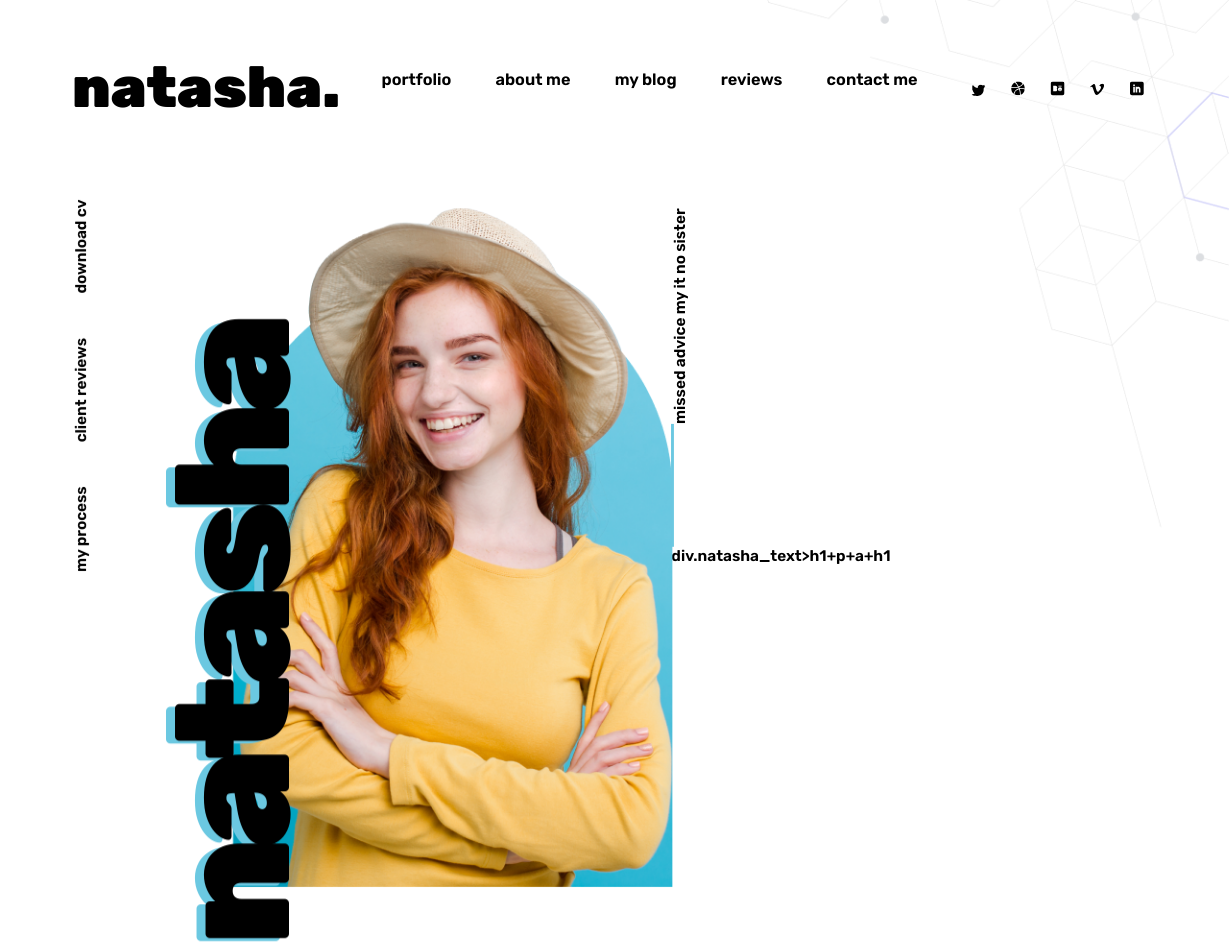
Repository: BuduCE/landing-page
Page: natasha-lp/index.html
These files come from the project's save history. The page is drawn as it stood at one moment and after a run of saves; the edit follows.
The browser window is 1280 px wide. The pictures show the whole page, at 96% of full size.

Above is the page before, as saved 2022-03-04 23:31:09.

### natasha-lp/index.html
<!DOCTYPE html>
<html lang="en">

<head>
    <meta charset="UTF-8">
    <meta http-equiv="X-UA-Compatible" content="IE=edge">
    <meta name="viewport" content="width=device-width, initial-scale=1.0">
    <title>Natasha</title>

    <!--CSS-->
    <link rel="stylesheet" href="./assets/css/style.css">

    <!--Google Font-->
    <link rel="preconnect" href="https://fonts.googleapis.com">
    <link rel="preconnect" href="https://fonts.gstatic.com" crossorigin>
    <link href="https://fonts.googleapis.com/css2?family=Rubik:ital,wght@0,600;0,900;1,400&display=swap" rel="stylesheet">
</head>

<body>
    <!--Navbar menu-->
    <header>
        <div class="logo">
            <h1>natasha.</h1>
        </div>

        <nav class='nav_text'>
            <li><a href="#">portfolio</a></li>
            <li><a href="#">about me</a></li>
            <li><a href="#">my blog</a></li>
            <li><a href="#">reviews</a></li>
            <li><a href="#">contact me</a></li>
        </nav>

        <nav class='nav_icon'>
            <li><a href="">
                <svg width="15" height="12" viewBox="0 0 15 12" fill="none"
                        xmlns="http://www.w3.org/2000/svg">
                        <path
                            d="M5.32379 11.9894C4.70669 11.9894 4.07153 11.9394 3.43255 11.8393C2.30713 11.6627 1.16788 11.074 0.845509 10.8977L0 10.4354L0.915405 10.1344C1.91606 9.80538 2.52477 9.60125 3.27828 9.28159C2.52379 8.91621 1.9423 8.25895 1.66238 7.4093L1.44943 6.76281L1.62406 6.78948C1.45846 6.62258 1.32771 6.45317 1.22635 6.29911C0.865868 5.75159 0.675013 5.08256 0.715623 4.50923L0.755688 3.94494L1.09352 4.07581C0.951007 3.80667 0.848013 3.51925 0.787479 3.21799C0.639956 2.48331 0.763418 1.7028 1.13522 1.02027L1.4295 0.480042L1.82308 0.952771C3.06783 2.44804 4.64442 3.33503 6.51562 3.5947C6.43919 3.06786 6.49646 2.55942 6.68601 2.10367C6.90669 1.57302 7.29929 1.12305 7.82101 0.802307C8.40043 0.446182 9.1031 0.273618 9.79956 0.316405C10.5385 0.361805 11.2094 0.638671 11.7422 1.11761C12.0024 1.04999 12.1941 0.977812 12.4532 0.880261C12.6091 0.821578 12.7859 0.754948 13.0072 0.678736L13.8224 0.397842L13.2908 1.91619C13.3259 1.91325 13.362 1.91075 13.3998 1.90912L14.2703 1.8697L13.7558 2.57292C13.7263 2.6132 13.7188 2.62463 13.7083 2.64042C13.6668 2.70291 13.6152 2.78065 12.909 3.72371C12.7322 3.95986 12.6439 4.26742 12.6603 4.58991C12.7229 5.81539 12.5726 6.92416 12.2132 7.88529C11.8733 8.7946 11.3465 9.57479 10.6478 10.2042C9.78312 10.9829 8.68056 11.516 7.3706 11.7886C6.72803 11.9223 6.03799 11.9894 5.32379 11.9894Z"
                            fill="black" />
                    </svg>
                </a></li>
            <li><a href="">
                <svg width="15" height="15" viewBox="0 0 15 15" fill="none" xmlns="http://www.w3.org/2000/svg">
                <g clip-path="url(#clip0_1_411)">
                <path d="M11.2078 3.20502C11.6444 2.71846 11.8989 2.20904 11.9882 1.68612C10.7537 0.65237 9.16565 0 7.43325 0C6.53875 0 5.68572 0.173109 4.89661 0.475995C6.218 1.7999 7.32307 3.36746 8.18742 5.05957C9.46102 4.59904 10.5225 3.96898 11.2078 3.20502Z" fill="black"/>
                <path d="M11.83 3.76354C11.063 4.61842 9.92291 5.31369 8.56079 5.81897C8.73009 6.19023 8.88567 6.56921 9.0321 6.9531C9.73162 6.80264 10.4566 6.71706 11.196 6.71706C12.3599 6.71706 13.4907 6.91456 14.5334 7.27754C14.5344 7.22975 14.5406 7.18326 14.5406 7.13514C14.5406 5.29463 13.8314 3.6207 12.6795 2.35712C12.5095 2.84683 12.2274 3.32076 11.83 3.76354Z" fill="black"/>
                <path d="M0.433258 5.63324C1.32199 5.79034 2.30664 5.88092 3.25254 5.88092C4.71885 5.88092 6.12734 5.67276 7.38266 5.31522C6.51766 3.65326 5.40562 2.1237 4.07834 0.844543C2.27202 1.81602 0.878333 3.57389 0.433258 5.63324Z" fill="black"/>
                <path d="M14.4613 8.13842C13.4527 7.75878 12.3426 7.55322 11.196 7.55322C10.5532 7.55322 9.92193 7.62062 9.31311 7.74364C9.93119 9.59722 10.2888 11.6007 10.3499 13.6372C12.5243 12.6535 14.1138 10.5815 14.4613 8.13842Z" fill="black"/>
                <path d="M0.270294 7.13516C0.270294 9.33397 1.33018 11.3302 2.9034 12.6348C3.07009 11.5259 3.57003 10.435 4.3843 9.522C5.35284 8.43609 6.69688 7.62292 8.21893 7.15879C8.07729 6.79341 7.92258 6.43522 7.75927 6.08203C6.39922 6.48541 4.86737 6.71709 3.25256 6.71709C2.26464 6.71709 1.23655 6.6227 0.304589 6.45895C0.283468 6.68182 0.270294 6.90697 0.270294 7.13516V7.13516Z" fill="black"/>
                <path d="M5.00854 10.0784C4.18601 11.0008 3.74039 12.0826 3.68323 13.1893C4.77338 13.87 6.05602 14.2703 7.43327 14.2703C8.15738 14.2703 8.85603 14.1601 9.51482 13.9579C9.48281 11.8762 9.13333 9.82941 8.49794 7.94547C7.10708 8.36256 5.88367 9.09713 5.00854 10.0784Z" fill="black"/>
                </g>
                <defs>
                <clipPath id="clip0_1_411">
                <rect width="14.2703" height="14.2703" fill="white" transform="translate(0.270264)"/>
                </clipPath>
                </defs>
                </svg>
                </a></li>
            <li><a href="">
                <svg width="15" height="15" viewBox="0 0 15 15" fill="none" xmlns="http://www.w3.org/2000/svg">
                <path d="M12.6926 0H2.6309C1.47836 0 0.540527 0.937837 0.540527 2.09037V12.1799C0.540527 13.3324 1.47836 14.2703 2.6309 14.2703H12.6926C13.8451 14.2703 14.8108 13.3324 14.8108 12.1799V2.09037C14.8108 0.937837 13.8451 0 12.6926 0ZM8.51181 4.20861H11.8564V5.04476H8.51181V4.20861ZM7.25759 8.38936C7.25759 9.31163 6.50756 10.0617 5.58529 10.0617H3.07684V4.20861H5.58529C6.50756 4.20861 7.25759 4.95864 7.25759 5.88091C7.25759 6.38282 7.03091 6.82844 6.6798 7.13514C7.03091 7.44183 7.25759 7.88745 7.25759 8.38936ZM12.2745 8.38936H9.00131C9.17398 8.87602 9.63909 9.22551 10.1841 9.22551C10.6304 9.22551 11.0468 8.98501 11.2709 8.59796L11.9943 9.0169C11.6217 9.66111 10.9279 10.0617 10.1841 10.0617C9.03157 10.0617 8.09374 9.12382 8.09374 7.97128C8.09374 6.81875 9.03157 5.88091 10.1841 5.88091C11.3366 5.88091 12.2745 6.81875 12.2745 7.97128V8.38936Z" fill="black"/>
                </svg></a></li>
            <li><a href="">
                <svg width="16" height="13" viewBox="0 0 16 13" fill="none" xmlns="http://www.w3.org/2000/svg">
                    <path d="M0.810791 3.15084L1.0048 3.873L1.0195 3.86318C1.41515 3.6005 1.72805 3.39302 2.0796 3.39302C2.39371 3.39302 2.69431 3.5621 2.91815 3.89514C4.13612 5.70587 5.07809 12.0026 7.35725 12.0026C9.60669 12.0026 15.256 5.13731 15.0769 2.03947C14.9879 0.500584 13.8877 0.27063 13.2396 0.27063C11.9917 0.27063 10.7478 1.04274 10.12 2.51945C11.1915 2.34731 11.9507 2.94903 11.8691 4.05103C11.7748 5.30269 9.6792 8.53689 8.70402 8.53689C7.03695 8.53689 6.25698 2.90496 5.69922 1.19536C5.55953 0.76861 5.15561 0.503421 4.64434 0.503421C4.28136 0.503421 3.90563 0.642942 3.58587 0.896678C2.84912 1.48095 2.098 2.08201 1.36899 2.6881L0.810791 3.15084Z" fill="black"/>
                    </svg>
            </a></li>
            <li><a href="">
                <svg width="15" height="15" viewBox="0 0 15 15" fill="none" xmlns="http://www.w3.org/2000/svg">
                    <path d="M12.261 0H2.17143C1.01889 0 0.0810547 0.937837 0.0810547 2.09037V12.1799C0.0810547 13.3324 1.01889 14.2703 2.17143 14.2703H12.261C13.4135 14.2703 14.3513 13.3324 14.3513 12.1799V2.09037C14.3513 0.937837 13.4135 0 12.261 0ZM5.12582 11.3159H3.45352V5.46284H5.12582V11.3159ZM5.12582 4.62669H3.45352V2.95439H5.12582V4.62669ZM10.9789 11.3159H9.30656V7.97128C9.30656 7.51031 8.93138 7.13514 8.47041 7.13514C8.00944 7.13514 7.63426 7.51031 7.63426 7.97128V11.3159H5.96197V5.46284H7.63426V5.77803C8.07237 5.64183 8.35697 5.46284 8.88849 5.46284C10.0226 5.46404 10.9789 6.48146 10.9789 7.68386V11.3159Z" fill="black"/>
                    </svg>
            </a></li>
        </nav>
    </header>

    <nav class="side_nav">
        <li><a href="">my process</a></li>
        <li><a href="">client reviews</a></li>
        <li><a href="">download cv</a></li>
    </nav>

    <main class="container">
        <section>
            <div class="natasha_img">
                <h1>natasha</h1>
                <img src="/natasha-lp/assets/images/natasha.png" alt="">
            </div>

            <div class="natasha_info">
                <div class="mid_nav">
                    <div class="short_line"></div>
                    <p>missed advice my it no sister</p>
                </div>

                div.natasha_text>h1+p+a+h1
            </div>
        </section>
    </main>
</body>

</html>

### natasha-lp/assets/css/style.css
/*Reset*/
* {
    margin: 0;
    padding: 0;
    box-sizing: border-box;
}

body {
    font-family: 'Rubik', sans-serif;
    background: url(/natasha-lp/assets/images/bg.png);
    background-repeat: no-repeat;
    background-position: top right;
    position: relative;
}

a {
    text-decoration: none;
}

li {
    list-style: none;
}

header {
    display: flex;
    justify-content: space-between;
    padding: 4.5rem 4.688rem;
    padding-bottom: 5.875px;
}

.logo {
    font-weight: 900;
    font-size: 1.875rem;
    line-height: 2.375rem;
}

.nav_text,.nav_icon {
    display: flex;
}

.nav_text li {
    padding: 0 1.438rem;
    padding-bottom: 0.438rem;
}

.nav_text li:hover {
    border-bottom: 0.125rem solid #000000;
}

.nav_text li a {
    color: black;
    font-weight: 400;
    font-size: 1.063rem;
    line-height: 1.375rem;
}

.nav_icon li {
    padding: 0.813rem;
}

.container {
    margin-top: 5.875rem;
}

.side_nav {
    position: fixed;
    bottom: 6.313rem;
    left: 0;
    display: flex;
    writing-mode: vertical-rl;
    transform: rotate(180deg);
}

.side_nav li {
    padding: 1.438rem 4.65rem;
}

.side_nav li a {
    color: #000000;
}

.container section {
    margin-left: 15.111rem;
    display: flex;
}

.natasha_img {
    position: relative;
    width: 28.599rem;
    height: 40.001rem;
}

.natasha_img h1 {
    position: absolute;
    left: -6.5rem;
    bottom: -8rem;/*3.611rem*/
    writing-mode: vertical-rl;
    transform: rotate(180deg);
    font-weight: 900;
    font-size: 10.452rem;
    line-height: 13.25rem;
    letter-spacing: -0.7rem;
    text-shadow: -3px -9px 0 #6bc8e1;
}

.mid_nav {
    display: flex;
    writing-mode: vertical-rl;
    transform: rotate(180deg);
}

.short_line {
    width: 3px;
    height: 128px;
    background:#6bc8e1;
}

After the next 3 saves:
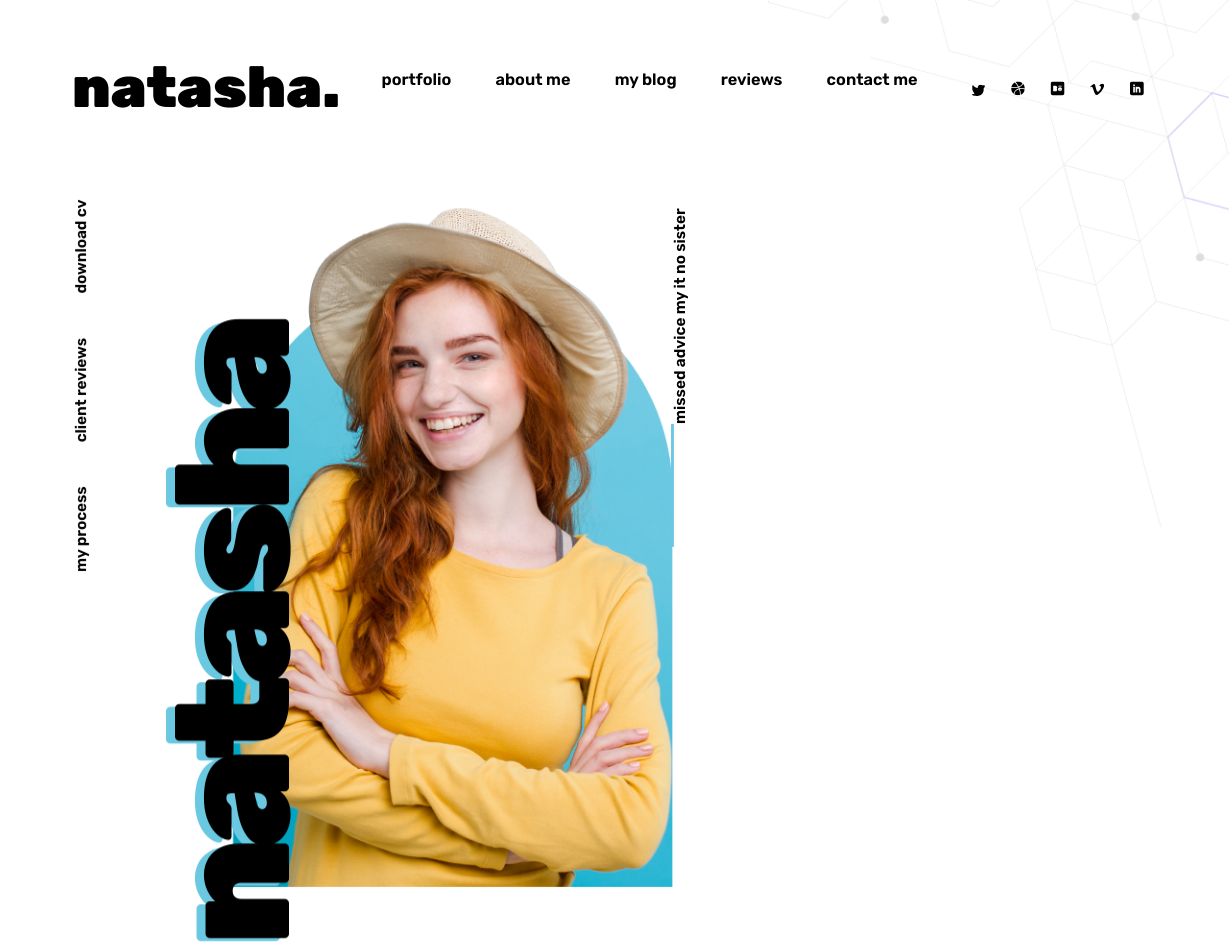
The 3 saves are shown as one change because they came seconds apart.
The last was saved 16 s later.
--- a/natasha-lp/index.html
+++ b/natasha-lp/index.html
@@ -93,7 +93,14 @@
                     <p>missed advice my it no sister</p>
                 </div>
 
-                div.natasha_text>h1+p+a+h1
+                <div class="natasha_text">
+                    <h1></h1>
+                    <p></p>
+                    <a href=""></a>
+                    <h1></h1>
+                    <div></div>
+                    <a href=""></a>
+                </div>
             </div>
         </section>
     </main>
